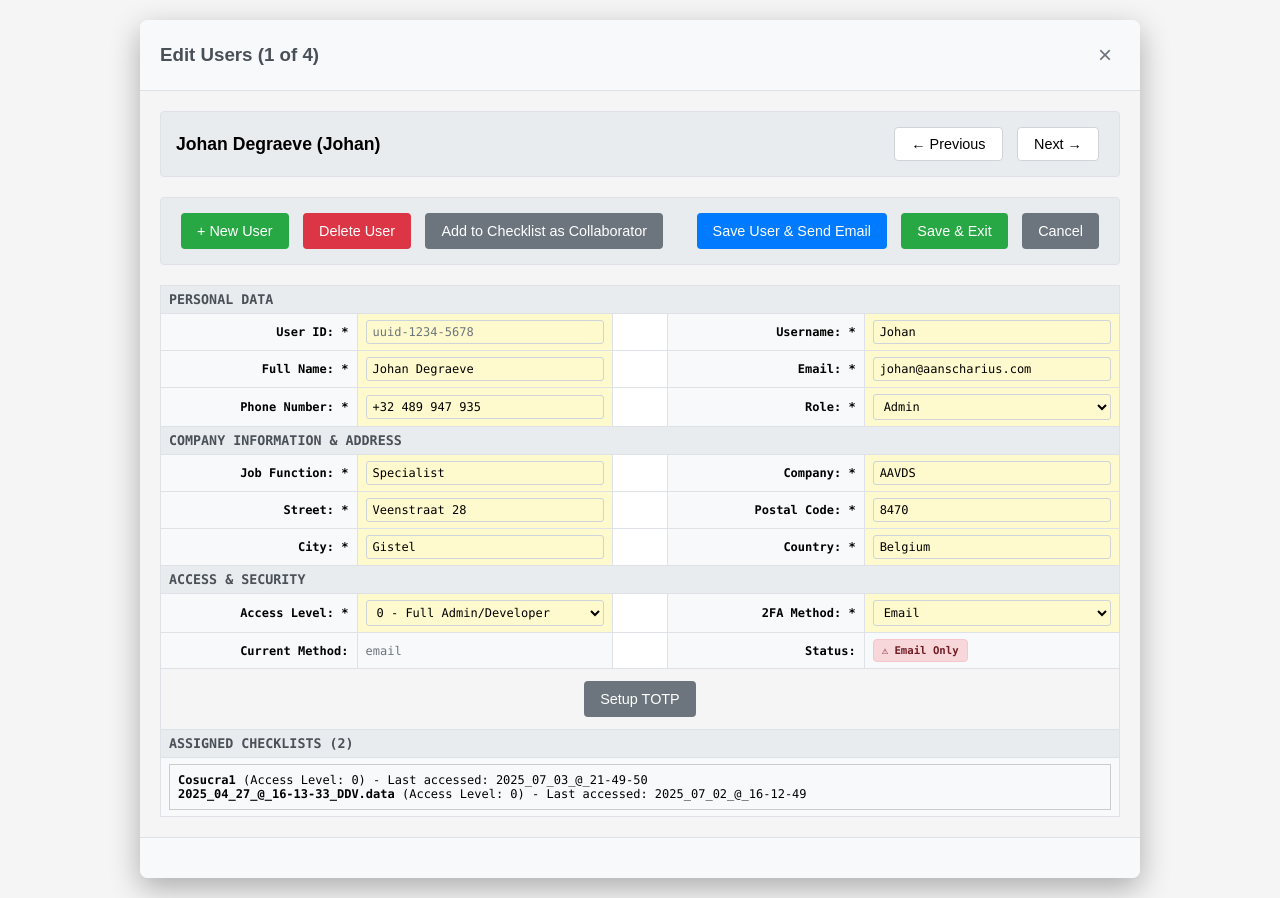
Repository: jeedee23/checklistrepo
Page: checklists/user-management-demo.html
These files come from the project's save history. The page is drawn as it stood at one moment and after the next save; the edit follows.
The browser window is 1280 px wide. The pictures show the whole page.

Above is the page before, as saved 2025-07-04 14:10:31.

### checklists/user-management-demo.html
<!DOCTYPE html>
<html lang="en">
<head>
    <meta charset="UTF-8">
    <meta name="viewport" content="width=device-width, initial-scale=1.0">
    <title>User Management Demo</title>
    <style>
        body {
            font-family: Arial, sans-serif;
            margin: 20px;
            background: #f5f5f5;
        }

        .modal-dialog {
            background: white;
            border-radius: 8px;
            box-shadow: 0 10px 30px rgba(0,0,0,0.3);
            width: 1000px;
            margin: 0 auto;
            overflow: hidden;
            display: flex;
            flex-direction: column;
        }

        .modal-header {
            padding: 20px;
            border-bottom: 1px solid #dee2e6;
            display: flex;
            justify-content: space-between;
            align-items: center;
            background-color: #f8f9fa;
        }

        .modal-header h3 {
            margin: 0;
            color: #495057;
        }

        .close-button {
            background: none;
            border: none;
            font-size: 1.5rem;
            cursor: pointer;
            color: #6c757d;
            padding: 0;
            width: 30px;
            height: 30px;
            display: flex;
            align-items: center;
            justify-content: center;
        }

        .modal-body {
            padding: 20px;
            background: #f5f5f5;
        }

        .user-navigation {
            margin-bottom: 20px;
            padding: 15px;
            background: #e9ecef;
            border-radius: 4px;
            border: 1px solid #dee2e6;
            display: flex;
            justify-content: space-between;
            align-items: center;
        }

        .user-navigation span {
            font-weight: bold;
            font-size: 1.1em;
        }

        .user-navigation button {
            padding: 8px 16px;
            margin: 0 5px;
            border: 1px solid #ced4da;
            border-radius: 4px;
            background: white;
            cursor: pointer;
            font-size: 0.9rem;
        }

        .form-table {
            width: 100%;
            border-collapse: collapse;
            font-family: Consolas, monospace;
            font-size: 9pt;
        }

        .form-table td {
            padding: 6px 8px;
            vertical-align: middle;
            border: 1px solid #dee2e6;
        }

        .section-header {
            font-weight: bold;
            font-size: 10pt;
            background: #e9ecef;
            text-align: left;
            padding: 10px 12px;
            color: #495057;
            border: 1px solid #dee2e6;
            border-bottom: 2px solid #adb5bd;
        }

        .label {
            width: 150px;
            font-weight: bold;
            background: #f8f9fa;
            text-align: right;
            padding-right: 12px;
            white-space: nowrap;
        }

        .input {
            width: 200px;
            padding: 4px;
            background: #FFFACD;
        }

        .input input,
        .input select {
            width: 100%;
            padding: 4px 6px;
            border: 1px solid #ced4da;
            border-radius: 3px;
            background: transparent;
            font-family: Consolas, monospace;
            font-size: 9pt;
            box-sizing: border-box;
        }

        .input input[readonly] {
            background: transparent;
            color: #6c757d;
            cursor: not-allowed;
        }

        .input-readonly {
            width: 200px;
            padding: 4px 6px;
            background: #f8f9fa;
            color: #6c757d;
            font-family: Consolas, monospace;
            font-size: 9pt;
        }

        .spacer {
            width: 30px;
            background: white;
            border: 1px solid #dee2e6;
        }

        .checklist-cell {
            padding: 8px;
            background: #f8f9fa;
        }

        .checklist-display {
            max-height: 100px;
            overflow-y: auto;
            border: 1px solid #ccc;
            padding: 8px;
            background: #f8f9fa;
            font-family: Consolas, monospace;
            font-size: 9pt;
        }

        .status-badge {
            padding: 4px 8px;
            border-radius: 4px;
            font-size: 8pt;
            font-weight: 600;
            display: inline-block;
        }

        .status-badge.active {
            background: #d4edda;
            color: #155724;
            border: 1px solid #c3e6cb;
        }

        .status-badge.inactive {
            background: #f8d7da;
            color: #721c24;
            border: 1px solid #f5c6cb;
        }

        .modal-footer {
            padding: 20px;
            border-top: 1px solid #dee2e6;
            display: flex;
            justify-content: space-between;
            background-color: #f8f9fa;
        }

        .btn {
            padding: 10px 16px;
            border: none;
            border-radius: 4px;
            cursor: pointer;
            font-size: 0.9rem;
            margin: 0 5px;
        }

        .btn-primary { background-color: #007bff; color: white; }
        .btn-success { background-color: #28a745; color: white; }
        .btn-secondary { background-color: #6c757d; color: white; }
        .btn-danger { background-color: #dc3545; color: white; }
    </style>
</head>
<body>
    <div class="modal-dialog">
        <div class="modal-header">
            <h3>Edit Users (1 of 4)</h3>
            <button class="close-button">×</button>
        </div>

        <div class="modal-body">
            <div class="user-navigation">
                <span>Johan Degraeve (Johan)</span>
                <div>
                    <button>← Previous</button>
                    <button>Next →</button>
                </div>
            </div>

            <!-- Action buttons moved to top -->
            <div style="margin-bottom: 20px; padding: 15px; background: #e9ecef; border-radius: 4px; border: 1px solid #dee2e6; display: flex; justify-content: space-between; align-items: center;">
                <div>
                    <button class="btn btn-success">+ New User</button>
                    <button class="btn btn-danger">Delete User</button>
                    <button class="btn btn-secondary">Add to Checklist as Collaborator</button>
                </div>
                <div>
                    <button class="btn btn-primary">Save User & Send Email</button>
                    <button class="btn btn-success">Save & Exit</button>
                    <button class="btn btn-secondary">Cancel</button>
                </div>
            </div>

            <table class="form-table">
                <!-- PERSONAL DATA Section -->
                <tr>
                    <td colspan="5" class="section-header">PERSONAL DATA</td>
                </tr>
                <tr>
                    <td class="label">User ID: *</td>
                    <td class="input"><input type="text" value="uuid-1234-5678" readonly></td>
                    <td class="spacer">&nbsp;</td>
                    <td class="label">Username: *</td>
                    <td class="input"><input type="text" value="Johan"></td>
                </tr>
                <tr>
                    <td class="label">Full Name: *</td>
                    <td class="input"><input type="text" value="Johan Degraeve"></td>
                    <td class="spacer">&nbsp;</td>
                    <td class="label">Email: *</td>
                    <td class="input"><input type="email" value="johan@aanscharius.com"></td>
                </tr>
                <tr>
                    <td class="label">Phone Number: *</td>
                    <td class="input"><input type="tel" value="+32 489 947 935"></td>
                    <td class="spacer">&nbsp;</td>
                    <td class="label">Role: *</td>
                    <td class="input">
                        <select>
                            <option>User</option>
                            <option selected>Admin</option>
                        </select>
                    </td>
                </tr>

                <!-- COMPANY INFORMATION & ADDRESS Section -->
                <tr>
                    <td colspan="5" class="section-header">COMPANY INFORMATION & ADDRESS</td>
                </tr>
                <tr>
                    <td class="label">Job Function: *</td>
                    <td class="input"><input type="text" value="Specialist"></td>
                    <td class="spacer">&nbsp;</td>
                    <td class="label">Company: *</td>
                    <td class="input"><input type="text" value="AAVDS"></td>
                </tr>
                <tr>
                    <td class="label">Street: *</td>
                    <td class="input"><input type="text" value="Veenstraat 28"></td>
                    <td class="spacer">&nbsp;</td>
                    <td class="label">Postal Code: *</td>
                    <td class="input"><input type="text" value="8470"></td>
                </tr>
                <tr>
                    <td class="label">City: *</td>
                    <td class="input"><input type="text" value="Gistel"></td>
                    <td class="spacer">&nbsp;</td>
                    <td class="label">Country: *</td>
                    <td class="input"><input type="text" value="Belgium"></td>
                </tr>

                <!-- ACCESS & SECURITY (with 2FA) Section -->
                <tr>
                    <td colspan="5" class="section-header">ACCESS & SECURITY</td>
                </tr>
                <tr>
                    <td class="label">Access Level: *</td>
                    <td class="input">
                        <select>
                            <option selected>0 - Full Admin/Developer</option>
                            <option>1 - Full Admin/User Management</option>
                            <option>2 - Admin (no field/user mgmt)</option>
                        </select>
                    </td>
                    <td class="spacer">&nbsp;</td>
                    <td class="label">2FA Method: *</td>
                    <td class="input">
                        <select>
                            <option selected>Email</option>
                            <option>TOTP (Authenticator App)</option>
                            <option>None</option>
                        </select>
                    </td>
                </tr>
                <tr>
                    <td class="label">Current Method:</td>
                    <td class="input-readonly">email</td>
                    <td class="spacer">&nbsp;</td>
                    <td class="label">Status:</td>
                    <td class="input-readonly">
                        <span class="status-badge inactive">⚠ Email Only</span>
                    </td>
                </tr>
                <tr>
                    <td colspan="5" style="text-align: center; padding: 12px; border: 1px solid #dee2e6;">
                        <button class="btn btn-secondary">Setup TOTP</button>
                    </td>
                </tr>

                <!-- ASSIGNED CHECKLISTS Section -->
                <tr>
                    <td colspan="5" class="section-header">ASSIGNED CHECKLISTS (2)</td>
                </tr>
                <tr>
                    <td colspan="5" class="checklist-cell">
                        <div class="checklist-display">
                            <div><strong>Cosucra1</strong> (Access Level: 0) - Last accessed: 2025_07_03_@_21-49-50</div>
                            <div><strong>2025_04_27_@_16-13-33_DDV.data</strong> (Access Level: 0) - Last accessed: 2025_07_02_@_16-12-49</div>
                        </div>
                    </td>
                </tr>
            </table>
        </div>

        <div class="modal-footer">
            <!-- Footer kept minimal or can be removed since buttons are now at top -->
        </div>
    </div>
</body>
</html>

After the next save:
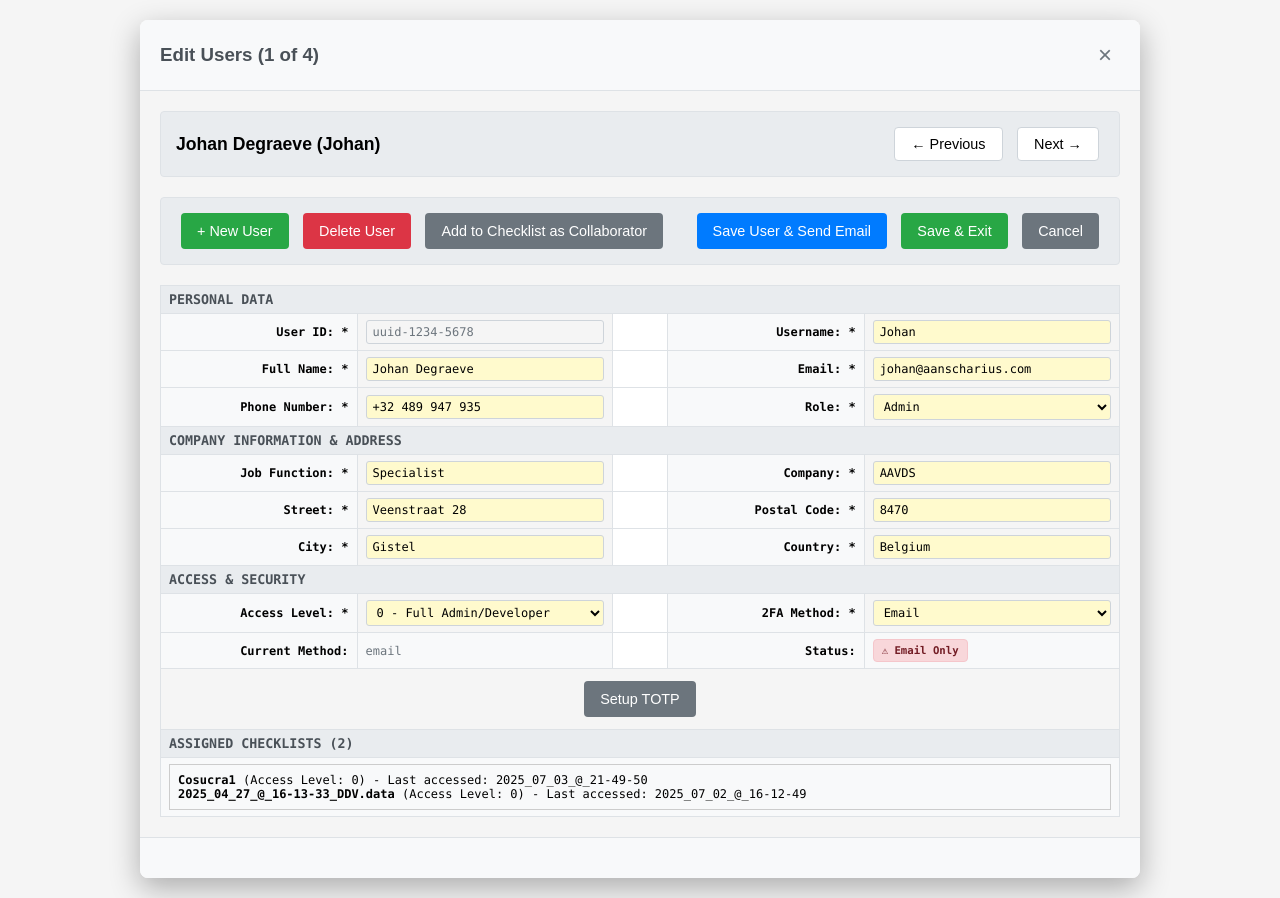
Saved 5 min 40 s later.
--- a/checklists/user-management-demo.html
+++ b/checklists/user-management-demo.html
@@ -117,7 +117,7 @@
         .input {
             width: 200px;
             padding: 4px;
-            background: #FFFACD;
+
         }
 
         .input input,
@@ -130,6 +130,7 @@
             font-family: Consolas, monospace;
             font-size: 9pt;
             box-sizing: border-box;
+             background: #FFFACD;
         }
 
         .input input[readonly] {
